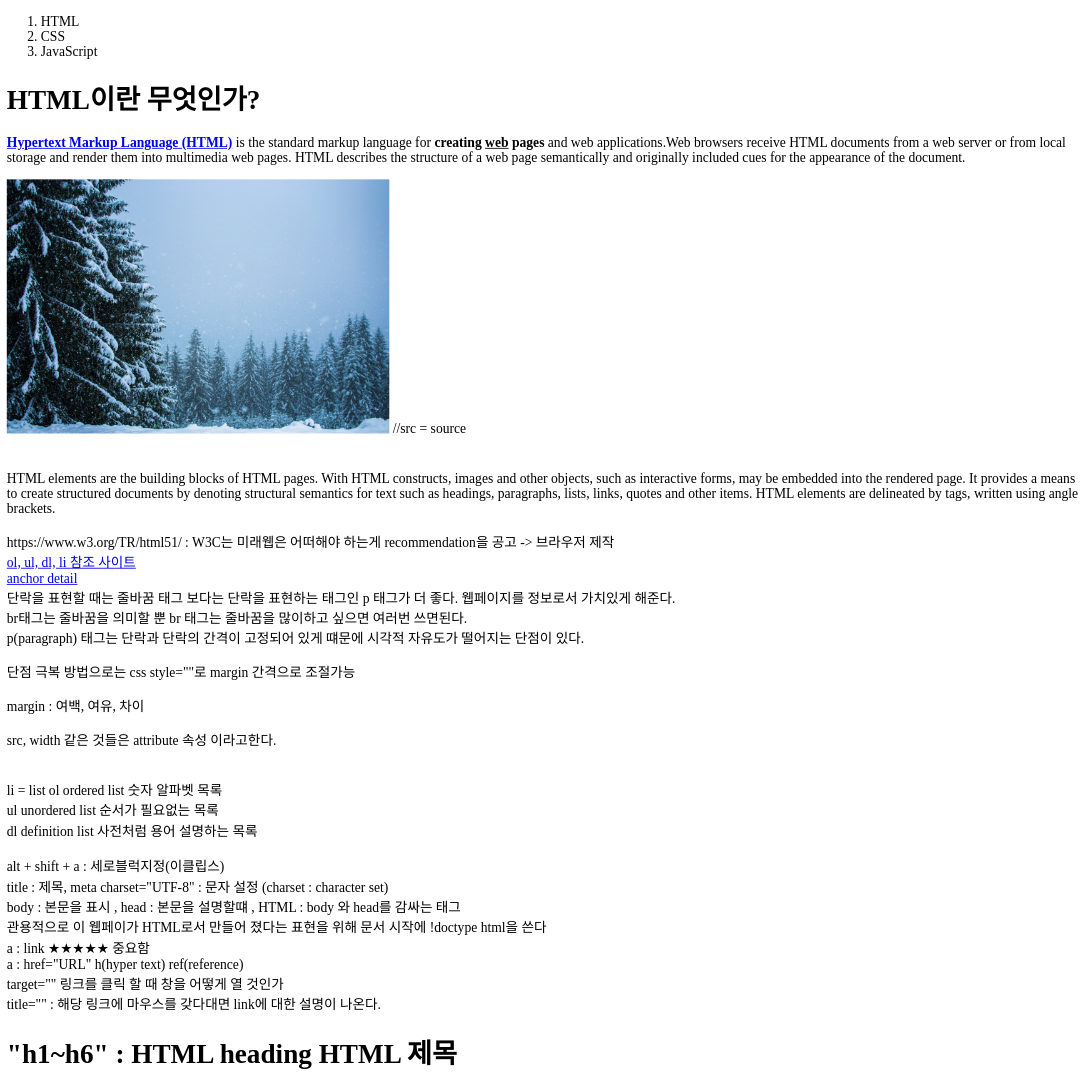
Repository: winterer4/Web-1
Page: HTML5/1.html
These files come from the project's save history. The page is drawn as it stood at one moment and after the next save; the edit follows.
The browser window is 1280 px wide. The pictures show the whole page, at 85% of full size.

Above is the page before, as saved 2018-10-29 06:48:34.

### HTML5/1.html
<!DOCTYPE html>
<html>
<head>
<meta charset="UTF-8">
<title>WEB 1  - HTML</title>
</head>
<body>
<ol>
	<li>HTML      </li>
	<li>CSS       </li>
	<li>JavaScript</li>
</ol>

	<h1>HTML이란 무엇인가?</h1>
	<p>
		<strong><a : href="https://www.w3.org/TR/html51/" target="_blank" title="html5 specificaiton">Hypertext Markup Language (HTML)</a></strong> is the standard markup language for <strong>creating
			<u>web</u> pages
		</strong> and web applications.Web browsers receive HTML documents from a web
		server or from local storage and render them into multimedia web
		pages. HTML describes the structure of a web page semantically and
		originally included cues for the appearance of the document.
	</p>
	<img src ="one.jpg" width="450">
	//src = source
	<p style="margin-top: 40px;">HTML elements are the building blocks
		of HTML pages. With HTML constructs, images and other objects, such as
		interactive forms, may be embedded into the rendered page. It provides
		a means to create structured documents by denoting structural
		semantics for text such as headings, paragraphs, lists, links, quotes
		and other items. HTML elements are delineated by tags, written using
		angle brackets.</p>



https://www.w3.org/TR/html51/ : W3C는 미래웹은 어떠해야 하는게 recommendation을 공고 -> 브라우저 제작


 <br>  <a : href="http://aboooks.tistory.com/87", target="_blank", title="설명">ol, ul, dl, li 참조 사이트</a>
 <br>  <a : href="http://aboooks.tistory.com/87", target="_blank", title="링크에 대한 설명">anchor detail</a>
 <br>
	단락을 표현할 때는 줄바꿈 태그 보다는 단락을 표현하는 태그인 p 태그가 더 좋다. 웹페이지를 정보로서 가치있게 해준다.
	<br> br태그는 줄바꿈을 의미할 뿐 br 태그는 줄바꿈을 많이하고 싶으면 여러번 쓰면된다.
	<br> p(paragraph) 태그는 단락과 단락의 간격이 고정되어 있게 떄문에 시각적 자유도가 떨어지는 단점이 있다.
	<p> 단점 극복 방법으로는 css style=""로 margin 간격으로 조절가능</p>
	 margin : 여백, 여유, 차이
	 <p> src, width 같은 것들은 attribute 속성 이라고한다.</p>
	 <br>li = list
	 ol ordered list 숫자 알파벳 목록<br>
	 ul unordered list 순서가 필요없는 목록<br>
	 dl definition list 사전처럼 용어 설명하는 목록<br>
	  <br>alt + shift + a : 세로블럭지정(이클립스)
	  <br> title : 제목, meta charset="UTF-8" : 문자 설정 (charset : character set)
	  <br> body  : 본문을 표시 , head : 본문을 설명할떄 , HTML : body 와 head를 감싸는 태그
	  <br> 관용적으로 이 웹페이가 HTML로서 만들어 졌다는 표현을 위해 문서 시작에 !doctype html을 쓴다
	  <br> a : link ★★★★★   중요함
	  <br> a : href="URL" h(hyper text) ref(reference) <br> target="" 링크를 클릭 할 때 창을 어떻게 열 것인가 <br>
	  title="" : 해당 링크에 마우스를 갖다대면 link에 대한 설명이 나온다.

</body>

<h1>"h1~h6" : HTML heading HTML 제목</h1>




</html>

After the next save:
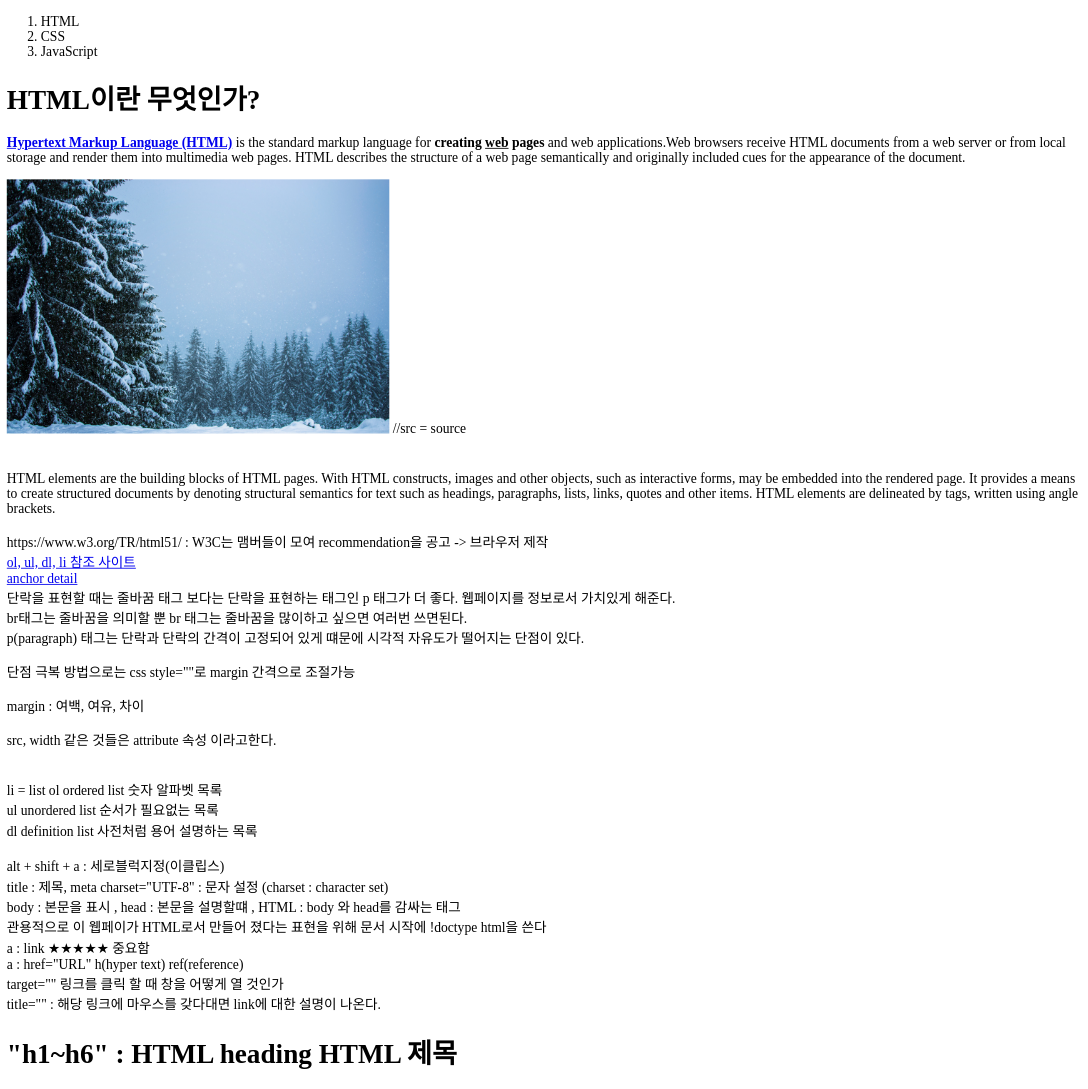
Saved 34 s later.
--- a/HTML5/1.html
+++ b/HTML5/1.html
@@ -32,7 +32,7 @@
 
 
 
-https://www.w3.org/TR/html51/ : W3C는 미래웹은 어떠해야 하는게 recommendation을 공고 -> 브라우저 제작
+https://www.w3.org/TR/html51/ : W3C는 맴버들이 모여 recommendation을 공고 -> 브라우저 제작
 
 
  <br>  <a : href="http://aboooks.tistory.com/87", target="_blank", title="설명">ol, ul, dl, li 참조 사이트</a>
